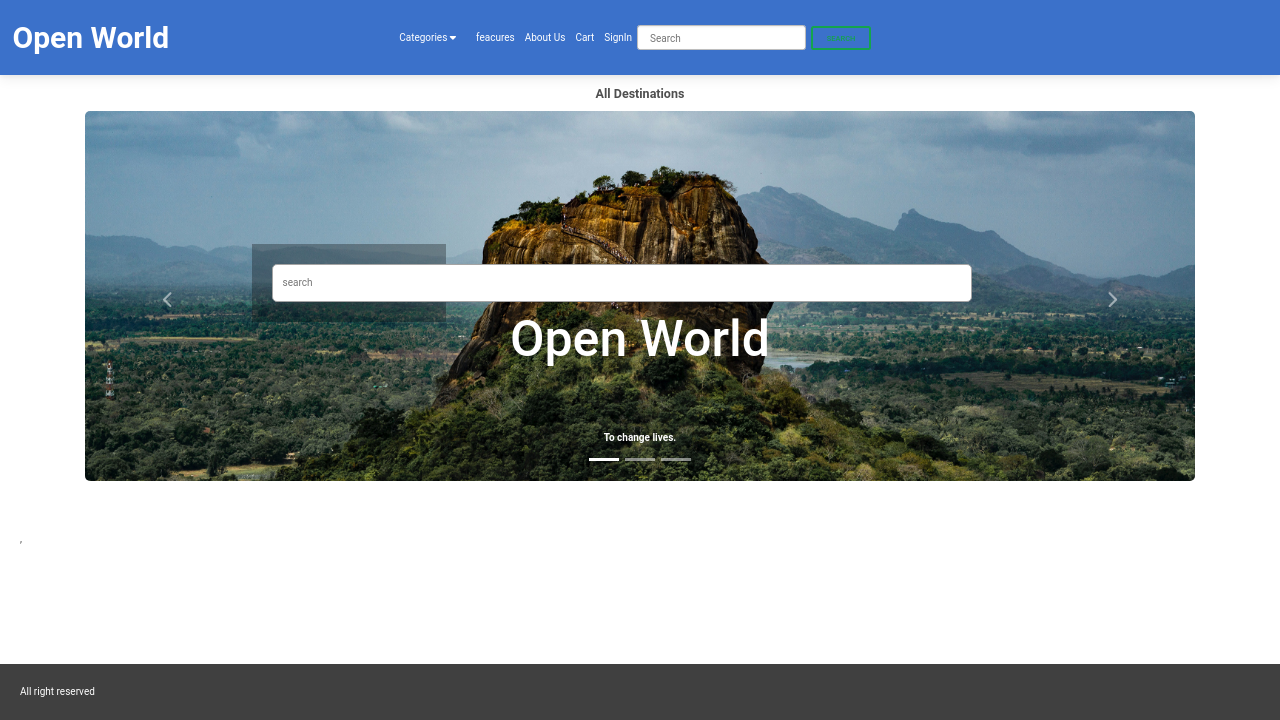
Repository: amila1998/Open-World-MERN-Stack
Page: /DestinationHomeScreen (app in frontend/)
The author's editor kept a copy of each file at every save. The page is drawn from the files as they stood at one save, then again after the next save.
The browser window is 1280 px wide. The pictures show the whole page.
The page's requests for data from a server got no answer. Some web libraries are served in a nearby version. The project was rebuilt for these pictures with package versions that can differ from the ones it lists, and the page was loaded fresh each time. No one was signed in, and anything a server would have sent is missing. Also part of the build but not shown: frontend/src/components/Rating.js, frontend/src/components/LoadingBox.js, frontend/src/components/MessageBox.js, frontend/src/actions/hotelActions.js, frontend/src/components/Rooms.js, frontend/src/styles/hotelsandRooms.css, frontend/src/screens/HotelDetailsScreen.js, frontend/src/screens/SigninScreen.js and 53 more.

Above is the page before, as saved 2021-10-10 03:05:25.

### frontend/public/index.html
<!DOCTYPE html>
<html lang="en">
  <head>
    <meta charset="utf-8" />
    <link rel="icon" href="%PUBLIC_URL%/favicon.ico" />
    <link
      rel="stylesheet"
      href="https://cdnjs.cloudflare.com/ajax/libs/font-awesome/4.7.0/css/font-awesome.min.css"/>

    <meta name="viewport" content="width=device-width, initial-scale=1" />
    <meta name="theme-color" content="#000000" />
    <meta
      name="description"
      content="Web site created using create-react-app"
    />
    <link rel="apple-touch-icon" href="%PUBLIC_URL%/logo192.png" />
    <!--
      manifest.json provides metadata used when your web app is installed on a
      user's mobile device or desktop. See https://developers.google.com/web/fundamentals/web-app-manifest/
    -->
    <link rel="manifest" href="%PUBLIC_URL%/manifest.json" />
    <link rel="stylesheet" href="https://maxcdn.bootstrapcdn.com/bootstrap/4.5.2/css/bootstrap.min.css">
   <script src="https://ajax.googleapis.com/ajax/libs/jquery/3.5.1/jquery.min.js"></script>
   <script src="https://cdnjs.cloudflare.com/ajax/libs/popper.js/1.16.0/umd/popper.min.js"></script>
   <script src="https://maxcdn.bootstrapcdn.com/bootstrap/4.5.2/js/bootstrap.min.js"></script>

   <link href="https://cdn.jsdelivr.net/npm/bootstrap@5.1.1/dist/css/bootstrap.min.css" rel="stylesheet" integrity="sha384-F3w7mX95PdgyTmZZMECAngseQB83DfGTowi0iMjiWaeVhAn4FJkqJByhZMI3AhiU" crossorigin="anonymous">
    <script src="https://cdn.jsdelivr.net/npm/bootstrap@5.1.1/dist/js/bootstrap.bundle.min.js" integrity="sha384-/bQdsTh/da6pkI1MST/rWKFNjaCP5gBSY4sEBT38Q/9RBh9AH40zEOg7Hlq2THRZ" crossorigin="anonymous"></script>
    <script src="https://cdn.jsdelivr.net/npm/@popperjs/core@2.9.3/dist/umd/popper.min.js" integrity="sha384-W8fXfP3gkOKtndU4JGtKDvXbO53Wy8SZCQHczT5FMiiqmQfUpWbYdTil/SxwZgAN" crossorigin="anonymous"></script>
    <script src="https://cdn.jsdelivr.net/npm/bootstrap@5.1.1/dist/js/bootstrap.min.js" integrity="sha384-skAcpIdS7UcVUC05LJ9Dxay8AXcDYfBJqt1CJ85S/CFujBsIzCIv+l9liuYLaMQ/" crossorigin="anonymous"></script>
    <!--
      Notice the use of %PUBLIC_URL% in the tags above.
      It will be replaced with the URL of the `public` folder during the build.
      Only files inside the `public` folder can be referenced from the HTML.

      Unlike "/favicon.ico" or "favicon.ico", "%PUBLIC_URL%/favicon.ico" will
      work correctly both with client-side routing and a non-root public URL.
      Learn how to configure a non-root public URL by running `npm run build`.
    -->

    <script src="https://kit.fontawesome.com/af4d2e6f80.js" crossorigin="anonymous"></script>
    <link rel="manifest" href="%PUBLIC_URL%/manifest.json" />
    <link href="https://cdn.jsdelivr.net/npm/bootstrap@5.1.1/dist/css/bootstrap.min.css" rel="stylesheet" integrity="sha384-F3w7mX95PdgyTmZZMECAngseQB83DfGTowi0iMjiWaeVhAn4FJkqJByhZMI3AhiU" crossorigin="anonymous">
    <script src="https://cdn.jsdelivr.net/npm/bootstrap@5.1.1/dist/js/bootstrap.bundle.min.js" integrity="sha384-/bQdsTh/da6pkI1MST/rWKFNjaCP5gBSY4sEBT38Q/9RBh9AH40zEOg7Hlq2THRZ" crossorigin="anonymous"></script>
    <script src="https://cdn.jsdelivr.net/npm/@popperjs/core@2.9.3/dist/umd/popper.min.js" integrity="sha384-W8fXfP3gkOKtndU4JGtKDvXbO53Wy8SZCQHczT5FMiiqmQfUpWbYdTil/SxwZgAN" crossorigin="anonymous"></script>
    <script src="https://cdn.jsdelivr.net/npm/bootstrap@5.1.1/dist/js/bootstrap.min.js" integrity="sha384-skAcpIdS7UcVUC05LJ9Dxay8AXcDYfBJqt1CJ85S/CFujBsIzCIv+l9liuYLaMQ/" crossorigin="anonymous"></script>



    <title>Open World</title>
  </head>
  <body >
    <noscript>You need to enable JavaScript to run this app.</noscript>
    <div id="root"></div>
    <!--
      This HTML file is a template.
      If you open it directly in the browser, you will see an empty page.

      You can add webfonts, meta tags, or analytics to this file.
      The build step will place the bundled scripts into the <body> tag.

      To begin the development, run `npm start` or `yarn start`.
      To create a production bundle, use `npm run build` or `yarn build`.
    -->
  </body>
     <script src="https://code.jquery.com/jquery-3.4.1.slim.min.js" integrity="sha384-J6qa4849blE2+poT4WnyKhv5vZF5SrPo0iEjwBvKU7imGFAV0wwj1yYfoRSJoZ+n" crossorigin="anonymous"></script>
    <script src="https://cdn.jsdelivr.net/npm/popper.js@1.16.0/dist/umd/popper.min.js" integrity="sha384-Q6E9RHvbIyZFJoft+2mJbHaEWldlvI9IOYy5n3zV9zzTtmI3UksdQRVvoxMfooAo" crossorigin="anonymous"></script>
    <script src="https://stackpath.bootstrapcdn.com/bootstrap/4.4.1/js/bootstrap.min.js" integrity="sha384-wfSDF2E50Y2D1uUdj0O3uMBJnjuUD4Ih7YwaYd1iqfktj0Uod8GCExl3Og8ifwB6" crossorigin="anonymous"></script>
</html>

### frontend/src/index.js
import React from 'react';
import { Provider } from 'react-redux';
import ReactDOM from 'react-dom';
import './index.css';
import App from './App';
//import * as serviceWorker from './serviceWorker';
import reportWebVitals from './reportWebVitals';
import store from './store';
ReactDOM.render(
  <Provider store={store}>
  <React.StrictMode>
    <App />
  </React.StrictMode>,
  </Provider>,
  document.getElementById('root')
);

// If you want to start measuring performance in your app, pass a function
// to log results (for example: reportWebVitals(console.log))
// or send to an analytics endpoint. Learn more: https://bit.ly/CRA-vitals
reportWebVitals();

### frontend/src/index.css

html {
  font-size: 62.5%; /* 16px x 62.5 = 10px = 1rem */
  box-sizing: border-box;
}
body {
  margin: 0;
  height: 100%;
  font-size: 1.6rem;
  font-family: Helvetica, Arial, sans-serif;
  -webkit-font-smoothing: antialiased;
  -moz-osx-font-smoothing: grayscale;
  background-color: #000000;
  background-image: url("./assets/bg.jpg");
  background-position: center;
  background-attachment: fixed;
  background-repeat: no-repeat;
  background-size: cover;
  background-blend-mode: screen;
  padding: 2rem;
}
#root {
  height: 100%;
}

/* Layout */
.grid-container {
  display: grid;
  grid-template-areas:
    'header'
    'main'
    'footer';
  grid-template-columns: 1fr;
  grid-template-rows: 5rem 1fr 5rem;
  height: 100%;
}



main {
  grid-area: main;

}
footer {
  grid-area: footer;
  color: #ffffff;
  width: 100%;
  padding: 2rem;
  bottom: 0px;
  left: 0px;
  background-color: #404040;
  position: fixed;
  z-index: 5;
}
/* Common */
h1 {
  font-size: 1.8rem;
  padding: 1rem 0;
}
h2 {
  font-size: 1.6rem;
  padding: 1rem 0;
}

a {
  text-decoration: none;
}
a:hover {
  color: #ee7700;
}
ul {
  padding: 0;
  margin: auto;
  list-style-type: none;
}
li {
  margin-top: auto;
}
input,
select,
textarea,
button {
  padding: 1rem;
  border-radius: 0.5rem;
  border: 0.1rem #a4a4a4 solid;
  font-size: 1.6rem;
  font-family: Helvetica, Arial, sans-serif;
  -webkit-font-smoothing: antialiased;
  -moz-osx-font-smoothing: grayscale;
}
button {
  background-color: #f8f8f8;
  cursor: pointer;
}
input:hover,
select:hover,
textarea:hover,
button:hover {
  border: 0.1rem #88a8ff solid;
}
button:hover{
  box-shadow: #2e2e2e;
}
button.primary {
  background-color: #ff9100;
}
button.block {
  width: 100%;
}
button.small {
  font-size: 1.2rem;
}
/* Header */
nav a  {
  color: #ffffff;

 padding: 0.5rem;


}
a.brand {
  color: #ffffff;
  font-size: 3rem;
  font-weight: bold;
  text-decoration: none;
  margin-right: 20rem;
}
a.brand:hover {
  color: #ffffff;
  font-size: 3rem;
  font-weight: bold;
  text-decoration: none;
}
a.brand img {
  max-width: 10rem;
  max-height: 5rem;

}
.badge {
  background-color: #f02020;
  color: #000000;
  border-radius: 50%;
  padding: 0.2rem 0.7rem;
  font-size: 1.4rem;
  margin-left: 0.2rem;
}

.row {
  display: flex;
  flex-wrap: wrap;
  padding: auto;
  justify-content: space-between;
  align-items: center;
}
.row.center {
  justify-content: center;
}
.row.top {
  align-items: flex-start;
}
.row.start {
  justify-content: flex-start;
}
.col-1 {
  flex: 1 1 25rem;
}
.col-2 {
  flex: 2 1 50rem;
}
.col-3 {
  flex: 32 1 75rem;
}
.min-30 {
  min-width: 30rem;
}
.p-1 {
  padding: 1rem;
}
/* Aside */
aside {
  position: fixed;
  width: 30rem;
  height: 100%;
  background-color: #efefef;
  z-index: 1000;
  transform: translateX(-30rem);
  transition: all 0.5s;
}
aside.open {
  transform: translateX(0);
}
button.open-sidebar {
  font-size: 3rem;
  padding: 0.2rem 0.5rem;
  margin: 0 0.5rem;
  background: none;
  color: #ffffff;
  cursor: pointer;
}
button.open-sidebar:hover {
  border-color: #ffffff;
}
aside ul {
  padding: 0;
  list-style: none;
}
aside li {
  display: flex;
  justify-content: space-between;
  padding: 1rem;
}
button.close-sidebar {
  padding: 0.3rem 0.8rem;
}

/* Image */
img {
  border-radius: 0.5rem;
}
img.small {
  max-width: 5rem;
  width: 100%;
}
img.medium {
  max-width: 29rem;
  width: 100%;
}
img.large {
  width: 100%;
}

/* Card */
.card:hover a {
  text-decoration: none;
}

.card {
  border: 0.1rem #c0c0c0 solid;
  background-color: #f8f8f8;
  border-radius: 0.5rem;
  margin: 1rem;
}
.card-body {
  padding: 1rem;
}
.card-body > * {
  margin-bottom: 0.5rem;
}
.price {
  font-size: 2rem;
}
/* Rating */
.rating span {
  color: #f0c040;
  margin: 0.1rem;
}
.rating span:last-child {
  color: #404040;
}
/* Alert */
.loading {
  display: block !important;
}
.success {
  color: #20a020;
}
.danger {
  color: #a02020;
}
.alert {
  padding: 1rem;
  border: 0.1rem solid transparent;
  border-radius: 0.5rem;
}
.alert-info {
  color: #2020a0;
  background-color: #e0e0ff;
}
.alert-danger {
  color: #a02020;
  background-color: #ffe0e0;
}
.alert-success {
  color: #20a020;
  background-color: #eeffe0;
}
/* Form */
.form {
  max-width: 60rem;
  margin: 0 auto;
}
.form > div {
  display: flex;
  flex-direction: column;
  margin: 1rem;
}
.form label {
  margin: 1rem 0;
}
/* Dropdown */
.dropdown {
  display: inline-block;
  position: relative;
  padding: 1rem;
  color: #000000;
}
.dropdown-content {
  position: absolute;
  display: none;
  right: 0;
  width: 100%;
  padding: 1rem;
  z-index: 1;
  background-color: #0099ff;
  margin: 0;
  margin-top: 0.4rem;
  border-radius: 0.5rem;
}
.dropdown-content  li {

  padding: 1.5rem;

}

.dropdown:hover .dropdown-content {
  display: block;
}
/* Checkout Steps */
.checkout-steps > div {
  border-top: 0.3rem #c0c0c0 solid;
  color: #c0c0c0;
  flex: 1;
  padding: 1rem;
  font-weight: bold;
}
.checkout-steps > div.active {
  border-top-color: #cf6f00;
  color: #f08000;
}
/* Table */
.table {
  width: 100%;
  border-collapse: collapse;
}
.table tbody tr:nth-of-type(odd) {
  background-color: #f4f4f4;
}
.table td,
.table th {
  text-align: left;
  border: 0.1rem solid #e4e4e4;
  padding: 0.5rem;
}
.table button {
  margin: 0 0.2rem;
}
/* Carousel */
.carousel .slide img {
  max-width: 30rem;
}

/* Search */
.search button {
  border-radius: 0 0.5rem 0.5rem 0;
  border-right: none;
  margin-right: 0.5rem;
}
.search input {
  border-radius: 0.5rem 0 0 0.5rem;
  border-right: none;
  margin-left: 0.5rem;
}
.active {
  font-weight: bold;
}

/* Map */
.full-container {
  margin: -1rem;
  height: calc(100% + 2rem);
}
.map-input-box {
  box-sizing: border-box;
  position: absolute;
  left: 0;
  right: 0;
  margin: 0.5rem auto;
  width: 25rem;
  height: 4rem;
  display: flex;
}
.map-input-box input {
  border-radius: 1rem 0 0 1rem;
  border-right: 0;
}
.map-input-box button {
  border-radius: 0 1rem 1rem 0;
  border-left: 0;
}
/* Pagination */
.pagination a {
  padding: 1rem;
  margin: 0.5rem;
  border-radius: 0.5rem;
  border: 0.1rem #a4a4a4 solid;
  font-size: 1.6rem;
  font-family: Helvetica, Arial, sans-serif;
  -webkit-font-smoothing: antialiased;
  -moz-osx-font-smoothing: grayscale;
}
.pagination a.active {
  font-weight: bold;
}

/* Dashboard */

.summary > li {
  border: 0.1rem #c0c0c0 solid;
  margin: 2rem;
  border-radius: 0.5rem;
  flex: 1 1 20rem;
}
.summary-title {
  font-size: 2rem;
  padding: 1rem;
}
.summary-body {
  font-size: 4rem;
  padding: 1rem;
  text-align: center;
}

.summary-title.color1 {
  background-color: #f0e0e0;
}
.summary-title.color2 {
  background-color: #e0f0e0;
}
.summary-title.color3 {
  background-color: #e0e0f0;
}

/* Chatbox */
.chatbox {
  color: #000000;
  position: fixed;
  right: 1rem;
  bottom: 1rem;
}
.chatbox ul {
  overflow: scroll;
  max-height: 20rem;
}
.chatbox li {
  margin-bottom: 1rem;
}
.chatbox input {
  width: calc(100% - 9rem);
}

.support-users {
  background: #f0f0f0;
  height: 100%;
}
.support-users li {
  background-color: #f8f8f8;
}
.support-users button {
  background-color: transparent;
  border: none;
  text-align: left;
}
.support-users li {
  margin: 0;
  background-color: #f0f0f0;
  border-bottom: 0.1rem #c0c0c0 solid;
}

.support-users li:hover {
  background-color: #f0f0f0;
}
.support-users li.selected {
  background-color: #c0c0c0;
}
.support-messages {
  padding: 1rem;
}
.support-messages input {
  width: calc(100% - 9rem);
}
.support-messages ul {
  height: calc(100vh - 18rem);
  max-height: calc(100vh - 18rem);
  overflow: scroll;
}
.support-messages li {
  margin-bottom: 1rem;
}

.support-users span {
  width: 2rem;
  height: 2rem;
  border-radius: 50%;
  position: absolute;
  margin-left: -25px;
  margin-top: 10px;
}
.support-users .offline {
  background-color: #808080;
}
.support-users .online {
  background-color: #20a020;
}
.support-users .unread {
  background-color: #f02020;
}

/* loading animation */

#circle {
  position: absolute;
  top: 50%;
  left: 50%;
  transform: translate(-50%,-50%);
  width: 15rem;
  height: 15rem;
}

.loader {
width: calc(100% - 0px);
height: calc(100% - 0px);
border: 8px solid #2d74bb;
border-top: 8px solid #09f;
border-radius: 50%;
animation: rotate 5s linear infinite;
}

@keyframes rotate {
100% {transform: rotate(360deg);}
}

/* Split the screen to two */
#split2 {
  display: flex;
  height: 100%;
}

/* Control the left side */
#left2 {
  left: 1rem;
  width: 70%;
  height: 100%;
  padding-right: 5ref;


}

/* Control the right side */
#right2{
  right: 0;
  width: 30%;
  background-color: rgb(92, 92, 92);
  height: 100%;
  padding: 5ref;
}

/* Split the screen to two */
#split1 {
  display: flex;
  height: 100%;
}

/* Control the left side */
#left1 {
  left: 0rem;
  width: 30%;
  height: 100%;
  padding-right: 5ref;




}

/* Control the right side */
#right1{
  right: 5;
  width: 70%;
  height: 100%;
  padding: 25px 50px 75px 100px;

}


/* side menu bar */
#divMenu, ul, li, li li {
  margin: 0;
  padding: 0;
}

#divMenu {
  width: 50%;
  height: 50%;
}

#divMenu ul
{
   line-height: 25px;
   width: 50%;
}

  #divMenu li {
      list-style: none;
      position: relative;
      background: #000000;
      padding: 4rem;
  }

  #divMenu ul ul {
    left:50%;
  }
      #divMenu li li {
          list-style: none;
          position: relative;
          background: #3d3d3d;

          top: -27px;
          padding: 2rem;
      }


  #divMenu ul li a {
      width: 100%;
      height: 100%;
      display: block;
      text-decoration: none;
      text-align: center;
      font-family: Georgia,'Times New Roman',serif;
      color:#ffffff;

  }

  #divMenu ul ul {
      position: absolute;
      visibility: hidden;
      top: 27px;
  }

  #divMenu ul li:hover ul {
      visibility: visible;
  }

  #divMenu li:hover {
      background-color: #303030;
  }

  #divMenu ul li:hover ul li a:hover {
      background-color: #2e2e2e;
  }

  #divMenu a:hover {
      font-weight: bold;
  }

   /*table*/

#myTable {
  border-collapse: collapse;
  width: 100%;
  border: 1px solid #ddd;
  font-size: 18px;
}

#myTable th, #myTable td {
  text-align: left;
  padding: 12px;
}

#myTable tr {
  border-bottom: 1px solid #ddd;
}

#myTable tr.header, #myTable tr:hover {
  background-color: #f1f1f1;
}

.pageBody{
  background-color: rgba(243, 243, 243, 0.5);;
  background-position: fixed;
  box-shadow: 10px 10px 5px grey;
  background-repeat: no-repeat;
  background-size: cover;
  background-blend-mode: screen;
  padding: 2rem;
  border-radius: 3rem;
  margin: auto;

}

### frontend/src/components/HotelServiceProviderRouter.js
import React from 'react';
import { useSelector } from 'react-redux';
import { Redirect, Route } from 'react-router-dom';

export default function HotelServiceProviderRoute({ component: Component, ...rest }) {
  const userSignin = useSelector((state) => state.userSignin);
  const { userInfo } = userSignin;
  return (
    <Route
      {...rest}
      render={(props) =>
        userInfo && userInfo.ishotelServiceProvider ? (
          <Component {...props}></Component>
        ) : (
          <Redirect to="/signin" />
        )
      }
    ></Route>
  );
    }

### frontend/src/components/GuideRouter.js
import React from 'react';
import { useSelector } from 'react-redux';
import { Redirect, Route } from 'react-router-dom';

export default function GuideRoute({ component: Component, ...rest }) {
  const userSignin = useSelector((state) => state.userSignin);
  const { userInfo } = userSignin;
  return (
    <Route
      {...rest}
      render={(props) =>
        userInfo && userInfo.guide && userInfo.isGuide ? (
          <Component {...props}></Component>
        ) : (
          <Redirect to="/signin" />
        )
      }
    ></Route>
  );
    }

### frontend/src/reducers/guideReducers.js
import {
    GUIDE_SIGNIN_FAIL,
    GUIDE_SIGNIN_REQUEST,
    GUIDE_SIGNIN_SUCCESS,
    GUIDE_SIGNOUT,

  } from '../constants/guideConstants';



  export const guideSigninReducer = (state = {}, action) => {
    switch (action.type) {
      case GUIDE_SIGNIN_REQUEST:
        return { loading: true };
      case GUIDE_SIGNIN_SUCCESS:
        return { loading: false, guideInfo: action.payload };
      case GUIDE_SIGNIN_FAIL:
        return { loading: false, error: action.payload };
      case GUIDE_SIGNOUT:
        return {

        };
      default:
        return state;
    }
  };

### frontend/src/actions/guideAction.js
import Axios from 'axios';
import {

  GUIDE_SIGNIN_FAIL,
  GUIDE_SIGNIN_REQUEST,
  GUIDE_SIGNIN_SUCCESS,
  GUIDE_SIGNOUT,

} from '../constants/guideConstants';

export const guidesignin = (gemail, gpassword) => async (dispatch) => {

    dispatch({ type: GUIDE_SIGNIN_REQUEST, payload: { gemail, gpassword } });
    try {
      const { gdata } = await Axios.get('http://localhost:8070/guideR/guidesignin', { gemail, gpassword });
      dispatch({ type: GUIDE_SIGNIN_SUCCESS, payload: gdata });
      localStorage.setItem('guideInfo', JSON.stringify(gdata));
    } catch (error) {
      dispatch({
        type: GUIDE_SIGNIN_FAIL,
        payload:
          error.response && error.response.data.message
            ? error.response.data.message
            : error.message,
      });
    }
  };
export const guidesignout = () => (dispatch) => {
  localStorage.removeItem('guideInfo');
  //localStorage.removeItem('cartItems');

  dispatch({ type: GUIDE_SIGNOUT });


};

### frontend/src/dest.css
@import '~mdb-ui-kit/css/mdb.min.css';

.d-block{
  max-width: 500%;
  height: auto;
}

.row {
  display: flex;
  flex-wrap: wrap;
  justify-content: space-between;
  align-items: center;

}
.row.center {
  justify-content: center;
}

/*image*/
img {
  border-radius: 0.5rem;;
}
img.destination-medium {
  max-width: 20rem;
  width: 100%;
  height: 50%;
}

/*destination-card*/
.destination-card{
    border:0.1rem #c0c0c0 solid;
    background-color: #f8f8f8;
    border-radius: 0.8rem;
    margin: 1rem;
    width: auto;
    margin-bottom: 0.1rem;


}
.destination-card-body{
    padding: 0.5rem;

}
.destination-card-body > *{

    margin-bottom: 0.1rem;
}


#slide{
  background: rgba(0, 0, 0, 0.3);
  margin-top: 200px;
  width: 100%;
  padding :20px;
  padding-right: 20px;
  box-sizing: border-bod;
  position: absolute;
  bottom: 142px;



}

#openworld{

  width: 100%;
  position: absolute;
  bottom: 80px;
  transform: translateY(-50%);
  text-align: center;
  color: rgb(255, 255, 255);
  font-size: 50px;
  margin-top: 50px;
  line-height: 25px;
}

#Destination-add{
  border-radius: 0.5rem;
  max-width: 50rem;
  width: 100%;
  padding: 10px 10px;
}




.wrapper{
  width: 100%;

  display: flex;
  flex-direction: column;
  justify-content: center;
  align-items: center;
}



.wrapper .youtube-box{
  width: 50%;
  height: 0px;
  background-color: #e4e4e4;
}

@media(max-width: 768px){
  .wrapper .form, .wrapper .youtube-box{
    width: 100%;
  }
}

.wrapper .youtube-box .video{
  width: 100%;
  height: 100%;
  min-height: 100%;
  max-height: 100%;
  max-width: 100%;
  min-width: 100%;
}

.error-msg{
  width: 50%;
  font-size: 14px;
  font-weight: 600;
  color: red;
}

@media(max-width: 768px){
  .error-msg{
    width: 100%;
  }
}




#Details-Image{
  max-width: 98.5%;
  height: auto;
  border-radius: 0.1rem;
}



#header{
  max-width: 100%;
}





.full-container {
  margin: 1rem;
  width: 20.5rem;
  height: calc(100% + 2rem);
}

.container_map{
  margin: 1rem;
  width: 39.5rem;
  height: calc(100% + 2rem);
}
.map-input-box {

  width: 100rem;
  height: 100rem;
  display: flex;
}

.map-input-box {

  width: 1rem;
  height: 22.5rem;

}

.map-input-box input {
  border-radius: 1rem 0 0 1rem;
  border-right: 0;
}
.map-input-box button {
  border-radius: 0 1rem 1rem 0;
  border-left: 0;
}

.visit{
  width:100%;
  padding: 10px;
  margin-left: 150px;
  margin-top: -60px;
}

.des_details{
  width: 95%;

}

.vl {
  border-left: 4px solid green;
  height: 750px;
}



.formcontrol{

  width: 70rem;

}

### frontend/src/constants/guideConstants.js
export const GUIDE_SIGNIN_REQUEST = 'GUIDE_SIGNIN_REQUEST';
export const GUIDE_SIGNIN_SUCCESS = 'GUIDE_SIGNIN_SUCCESS';
export const GUIDE_SIGNIN_FAIL = 'GUIDE_SIGNIN_FAIL';
export const GUIDE_SIGNOUT = 'GUIDE_SIGNOUT';

### frontend/src/constants/hotelSpConstants.js
export const HSP_REGISTER_REQUEST = 'HSP_REGISTER_REQUEST';
export const HSP_REGISTER_SUCCESS = 'HSP_REGISTER_SUCCESS';
export const HSP_REGISTER_FAIL = 'HSP_REGISTER_FAIL';
export const HSP_DETAILS_REQUEST = 'HSP_DETAILS_REQUEST';
export const HSP_DETAILS_SUCCESS = 'HSP_DETAILS_SUCCESS';
export const HSP_DETAILS_RESET = 'HSP_DETAILS_RESET';
export const HSP_DETAILS_FAIL = 'HSP_DETAILS_FAIL';
export const HSP_UPDATE_PROFILE_REQUEST = 'HSP_UPDATE_PROFILE_REQUEST';
export const HSP_UPDATE_PROFILE_SUCCESS = 'HSP_UPDATE_PROFILE_SUCCESS';
export const HSP_UPDATE_PROFILE_FAIL = 'HSP_UPDATE_PROFILE_FAIL';
export const HSP_UPDATE_PROFILE_RESET = 'HSP_UPDATE_PROFILE_RESET';
export const HSP_DELETE_REQUEST = 'HSP_DELETE_REQUEST';
export const HSP_DELETE_SUCCESS = 'HSP_DELETE_SUCCESS';
export const HSP_DELETE_FAIL = 'HSP_DELETE_FAIL';
export const HSP_DELETE_RESET = 'HSP_DELETE_RESET';

### frontend/src/components/HotelServiceProviderSidebarData.js
import React from 'react';
import * as FaIcons from 'react-icons/fa';
import * as AiIcons from 'react-icons/ai';
import * as IoIcons from 'react-icons/io';
import * as RiIcons from 'react-icons/ri';

export const SidebarData = [

  {

    title: 'Profile',
    path: '/hspProfile',
    icon: <AiIcons.AiOutlineUser />,
  },
  {
    title: 'My Hotels',
    path: '/myHotels',
    icon: <IoIcons.IoIosPaper />,
    iconClosed: <RiIcons.RiArrowDownSFill />,
    iconOpened: <RiIcons.RiArrowUpSFill />,
  },
  {
    title: 'Messages',
    path: '#messages',
    icon: <FaIcons.FaEnvelopeOpenText />,

    iconClosed: <RiIcons.RiArrowDownSFill />,
    iconOpened: <RiIcons.RiArrowUpSFill />,

  },
  {
    title: 'Support',
    path: '/support',
    icon: <IoIcons.IoMdHelpCircle />
  }
];

Loaded but not shown: frontend/src/reportWebVitals.js (common file); frontend/src/components/PrivateRoute.js (common file); frontend/src/components/AdminRouter.js (common file); frontend/src/components/DestinationHomeScreen.js (227 lines, source omitted); frontend/src/App.js (199 lines, source omitted); frontend/src/actions/userAction.js (173 lines, source omitted); frontend/src/components/NavigationBar/Navigation.js (160 lines, source omitted); frontend/src/reducers/userReducers.js (131 lines, source omitted); frontend/src/reducers/hotelbookingReducers.js (117 lines, source omitted); frontend/src/reducers/hotelReducers.js (111 lines, source omitted); frontend/src/reducers/roomReducers.js (96 lines, source omitted); frontend/src/components/AdminSidebarData.js (112 lines, source omitted); frontend/src/store.js (72 lines, source omitted); frontend/src/reducers/hotelSPReducers.js (77 lines, source omitted); frontend/src/constants/hotelbookingConstants.js (31 lines, source omitted); frontend/src/constants/userConstants.js (29 lines, source omitted); frontend/src/constants/hotelConstants.js (27 lines, source omitted); frontend/src/constants/roomConstants.js (27 lines, source omitted)

After the next save:
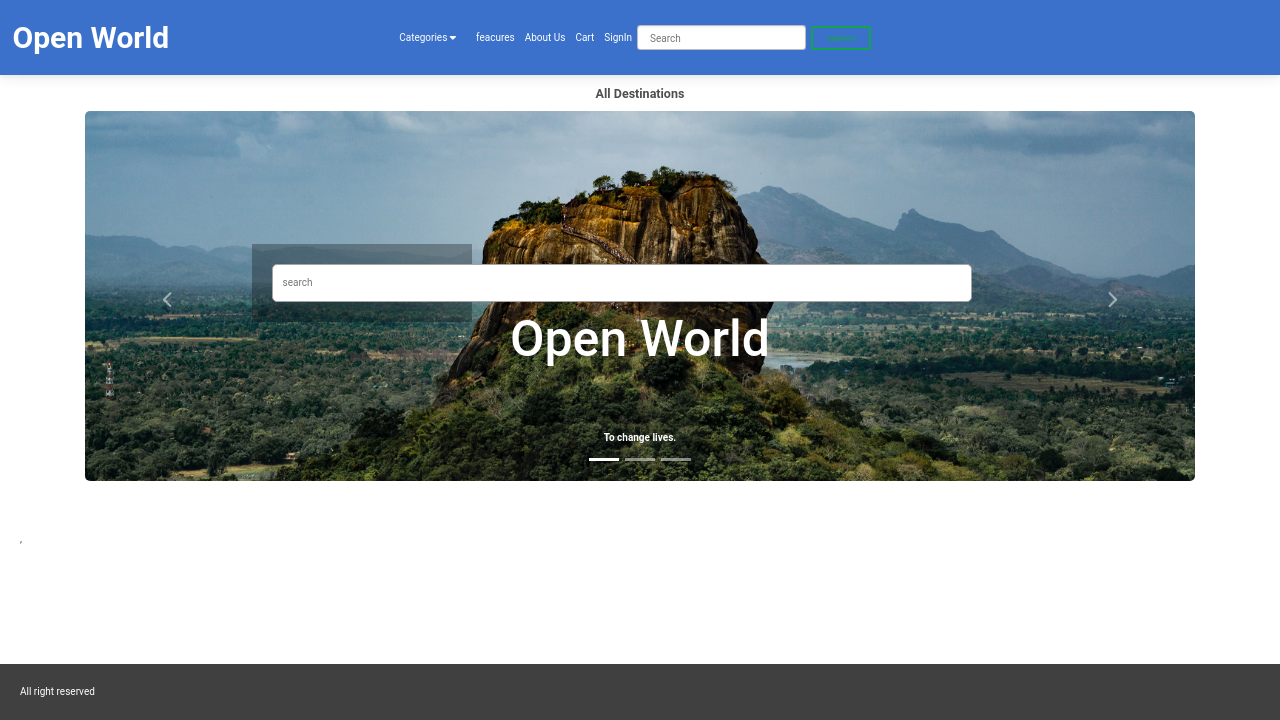
Saved 33 s later.
--- a/frontend/src/dest.css
+++ b/frontend/src/dest.css
@@ -52,7 +52,7 @@ img.destination-medium {
   margin-top: 200px;
   width: 100%;
   padding :20px;
-  padding-right: 20px;
+  padding-right: 200px;
   box-sizing: border-bod;
   position: absolute;
   bottom: 142px;
